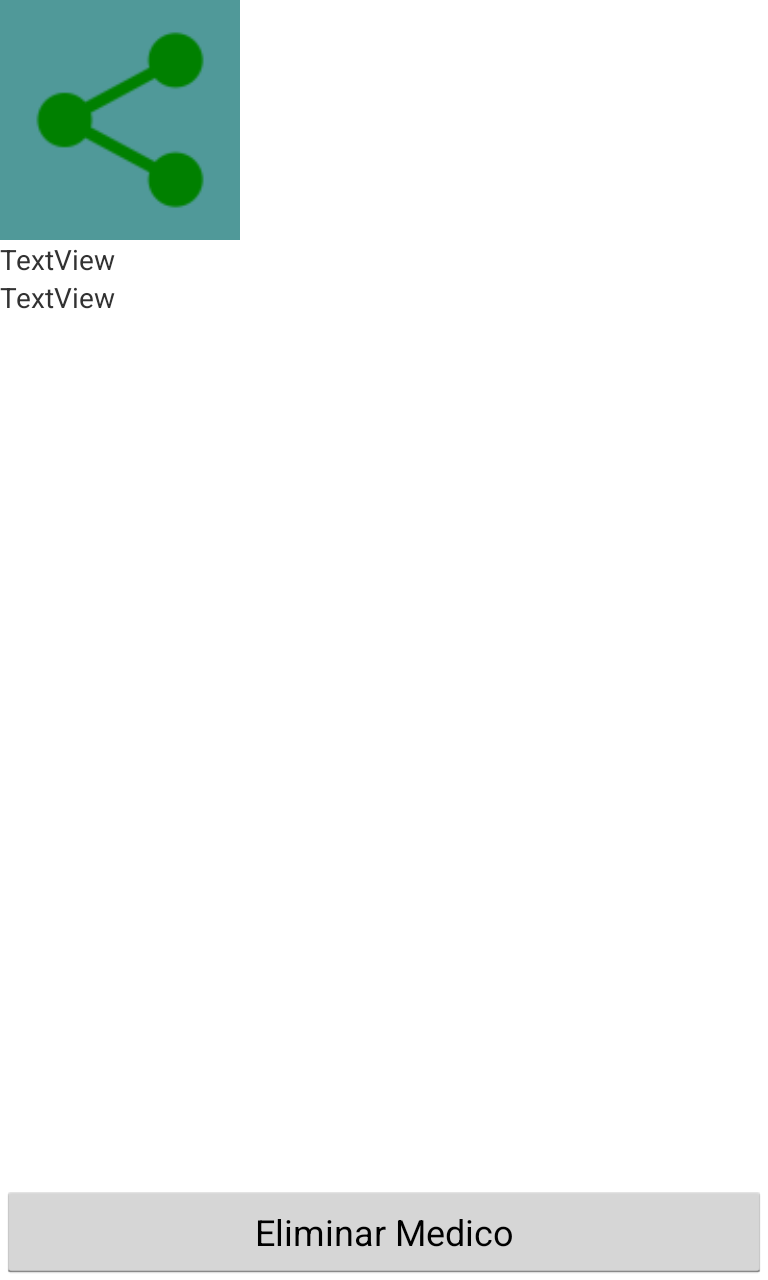
Repository: kakusio/AndoidMedics
Layout: NfcAndroidCliente/res/layout/remove_medic_details.xml
These files come from the project's save history. The layout is drawn as it stood at one moment and after the next save; the edit follows.
It is drawn on a 768 x 1280 px phone screen (xhdpi) without system bars, with theme AppTheme; the app's code is not run.

Above is the layout before, as saved 2013-04-24 01:46:46.

### NfcAndroidCliente/res/layout/remove_medic_details.xml
<?xml version="1.0" encoding="utf-8"?>
<RelativeLayout xmlns:android="http://schemas.android.com/apk/res/android"
    android:layout_width="match_parent"
    android:layout_height="wrap_content" >

    <FrameLayout
        android:id="@+id/frameLayout2"
        android:layout_width="match_parent"
        android:layout_height="80dp"
        android:layout_alignBottom="@+id/frameLayout1"
        android:layout_alignParentTop="true"
        android:layout_toRightOf="@+id/frameLayout1" >

        <TextView
            android:id="@+id/name"
            android:layout_width="match_parent"
            android:layout_height="wrap_content"
            android:layout_margin="10dp" />

        <TextView
            android:id="@+id/last_name"
            android:layout_width="match_parent"
            android:layout_height="wrap_content"
            android:layout_margin="10dp"
        	android:layout_below="@+id/name" />
    </FrameLayout>

    <FrameLayout
        android:id="@+id/frameLayout1"
        android:layout_width="120dp"
        android:layout_height="120dp"
        android:background="#509999" >

        <ImageView
            android:id="@+id/icon"
            android:layout_width="100dp"
            android:layout_height="100dp"
            android:layout_gravity="center"
            android:contentDescription="@string/app_name"
            android:src="@drawable/ic_launcher" />
    </FrameLayout>

    <Button
        android:id="@+id/remove_medic"
        android:layout_width="wrap_content"
        android:layout_height="wrap_content"
        android:layout_alignParentBottom="true"
        android:layout_alignParentLeft="true"
        android:layout_alignParentRight="true"
        android:text="Eliminar Medico" />

    <TextView
        android:id="@+id/especialidadesTextView"
        android:layout_width="fill_parent"
        android:layout_height="wrap_content"
        android:layout_alignParentLeft="true"
        android:layout_alignParentRight="true"
        android:layout_below="@+id/frameLayout1"
        android:text="TextView" />

    <TextView
        android:id="@+id/institucionesTextView"
        android:layout_width="fill_parent"
        android:layout_height="wrap_content"
        android:layout_alignParentLeft="true"
        android:layout_below="@+id/especialidadesTextView"
        android:text="TextView" />

</RelativeLayout>

### NfcAndroidCliente/res/values/strings.xml
<resources>

    <string name="app_name">MedicsCliente</string>
    <string name="hello_world">Hello world!</string>
    <string name="menu_settings">Settings</string>
    <string name="title_activity_proyect">MedicsCliente</string>

</resources>

Loaded but not shown: NfcAndroidCliente/res/values-v11/styles.xml (common file); NfcAndroidCliente/res/values-v14/styles.xml (common file); NfcAndroidCliente/res/values/styles.xml (common file)

After the next save:
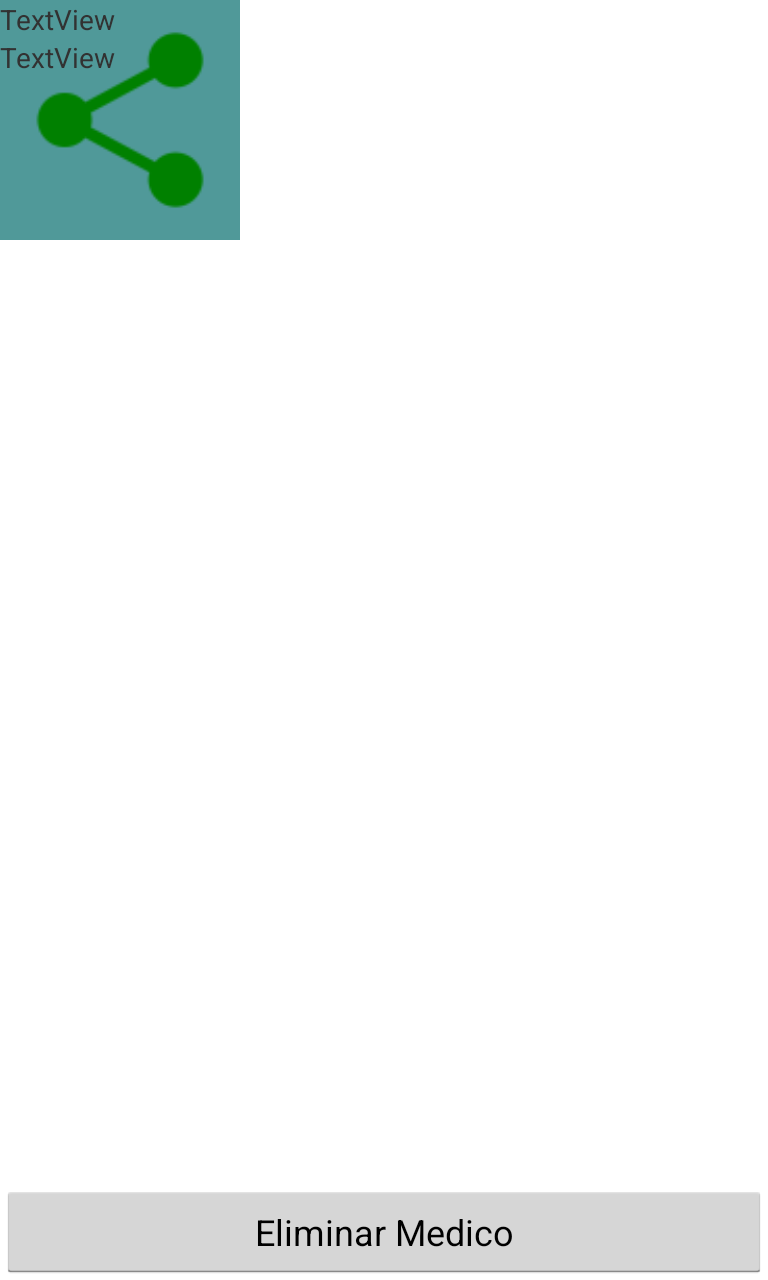
Saved 36 s later.
--- a/NfcAndroidCliente/res/layout/remove_medic_details.xml
+++ b/NfcAndroidCliente/res/layout/remove_medic_details.xml
@@ -55,7 +55,6 @@
         android:layout_height="wrap_content"
         android:layout_alignParentLeft="true"
         android:layout_alignParentRight="true"
-        android:layout_below="@+id/frameLayout1"
         android:text="TextView" />
 
     <TextView

After the 5 saves that followed:
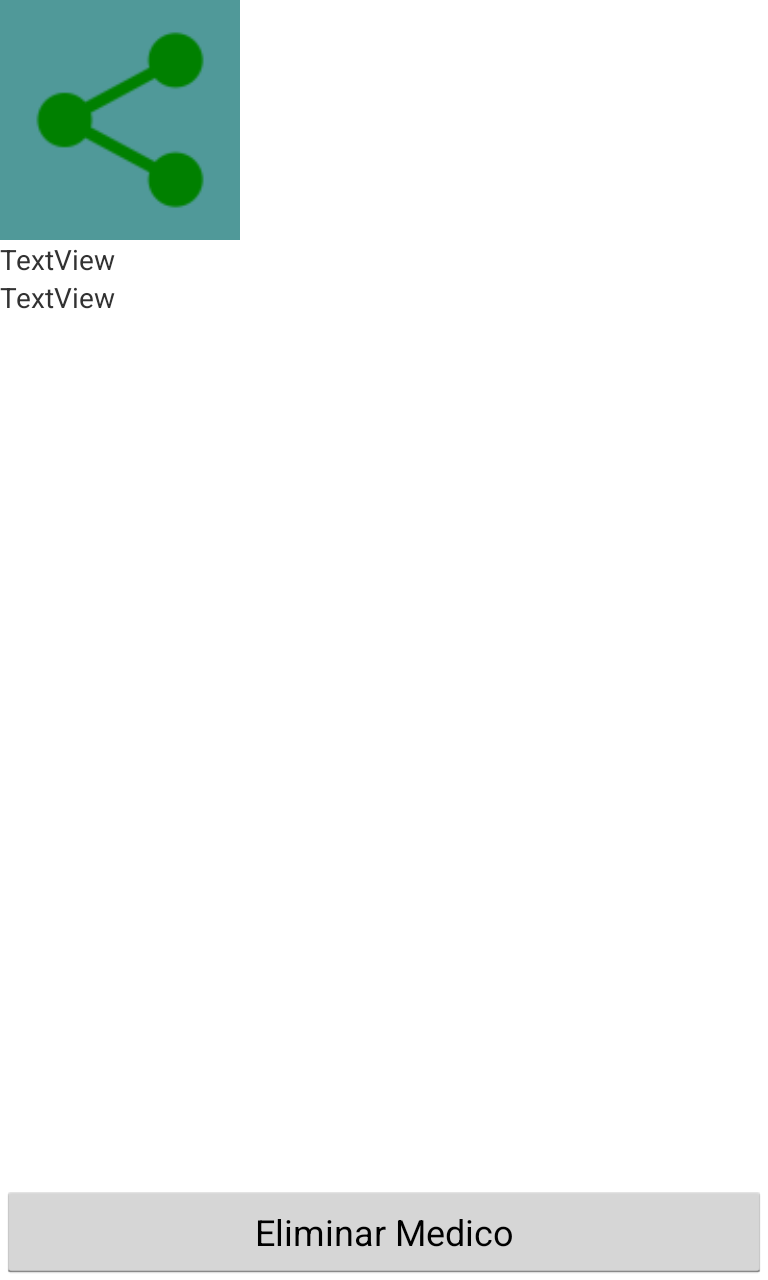
The 5 saves are shown as one change because 4 left the picture as it was.
The last was saved 2 min 43 s later.
--- a/NfcAndroidCliente/res/layout/remove_medic_details.xml
+++ b/NfcAndroidCliente/res/layout/remove_medic_details.xml
@@ -3,7 +3,7 @@
     android:layout_width="match_parent"
     android:layout_height="wrap_content" >
 
-    <FrameLayout
+    <RelativeLayout
         android:id="@+id/frameLayout2"
         android:layout_width="match_parent"
         android:layout_height="80dp"
@@ -23,7 +23,7 @@
             android:layout_height="wrap_content"
             android:layout_margin="10dp"
         	android:layout_below="@+id/name" />
-    </FrameLayout>
+    </RelativeLayout>
 
     <FrameLayout
         android:id="@+id/frameLayout1"
@@ -55,6 +55,7 @@
         android:layout_height="wrap_content"
         android:layout_alignParentLeft="true"
         android:layout_alignParentRight="true"
+        android:layout_below="@+id/frameLayout1"
         android:text="TextView" />
 
     <TextView
